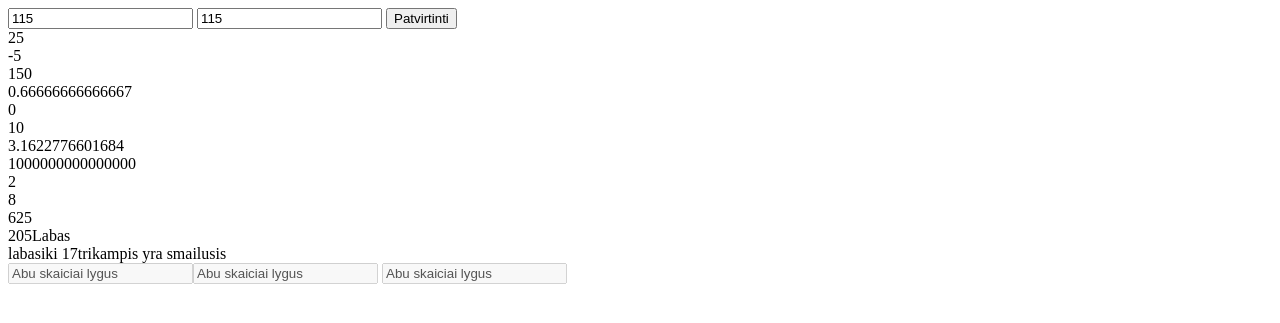
Repository: motiejus1/02-paskaita-PHP-05.31
Page: http://localhost/
An editor plug-in stored every save of this project. The page is shown before and after the next save, followed by the edit.
The browser window is 1280 px wide. The pictures show the whole page.
The page is run by PHP 8.4 with error messages shown; the project is at /var/www/html/.

Above is the page before, as saved 2021-07-23 20:09:44.

After the next save:
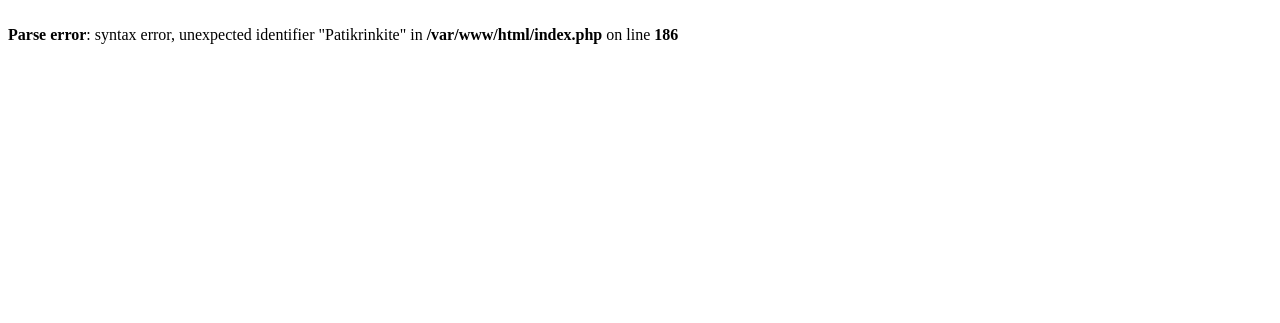
Saved 6 min 5 s later.
--- a/index.php
+++ b/index.php
@@ -180,6 +180,14 @@
 
     // echo $maksimalus;
     // 3 budas
+
+
+
+    3. Patikrinkite, ar iš trijų įvestų trikampio kraštinių galima sudaryti trikampį.
+
+4. Papildykite 3 užduotį:
+   *Patikrinkite, ar trikampis yra lygiakraštis, lygiašonis ar įvairiakraštis
+   *Patikrinkite, ar trikampis yra statusis, bukasis ar smailusis.
     ?>
 
     <input class='neaktyvus' disabled='true' value='<?php echo $maksimalus; ?>' />

After the 2 saves that followed:
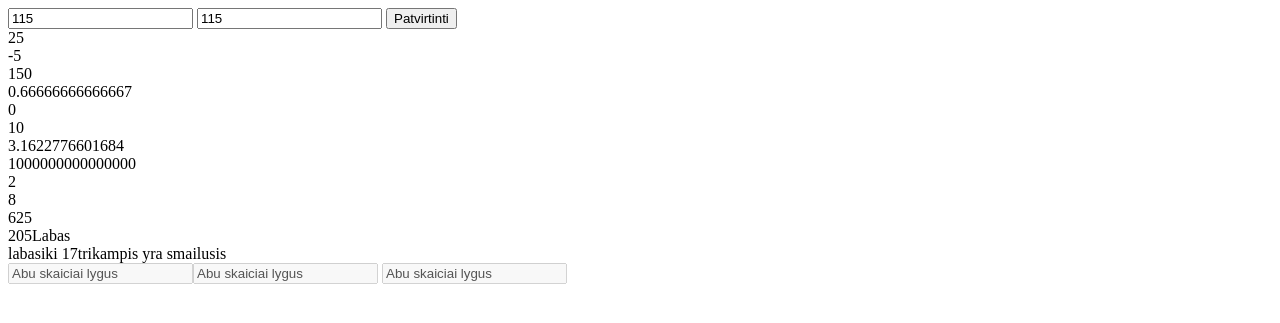
The 2 saves are shown as one change because they came seconds apart.
The last was saved 6 s later.
--- a/index.php
+++ b/index.php
@@ -183,11 +183,11 @@
 
 
 
-    3. Patikrinkite, ar iš trijų įvestų trikampio kraštinių galima sudaryti trikampį.
+//     3. Patikrinkite, ar iš trijų įvestų trikampio kraštinių galima sudaryti trikampį.
 
-4. Papildykite 3 užduotį:
-   *Patikrinkite, ar trikampis yra lygiakraštis, lygiašonis ar įvairiakraštis
-   *Patikrinkite, ar trikampis yra statusis, bukasis ar smailusis.
+//      4. Papildykite 3 užduotį:
+//    *Patikrinkite, ar trikampis yra lygiakraštis, lygiašonis ar įvairiakraštis
+//    *Patikrinkite, ar trikampis yra statusis, bukasis ar smailusis.
     ?>
 
     <input class='neaktyvus' disabled='true' value='<?php echo $maksimalus; ?>' />
